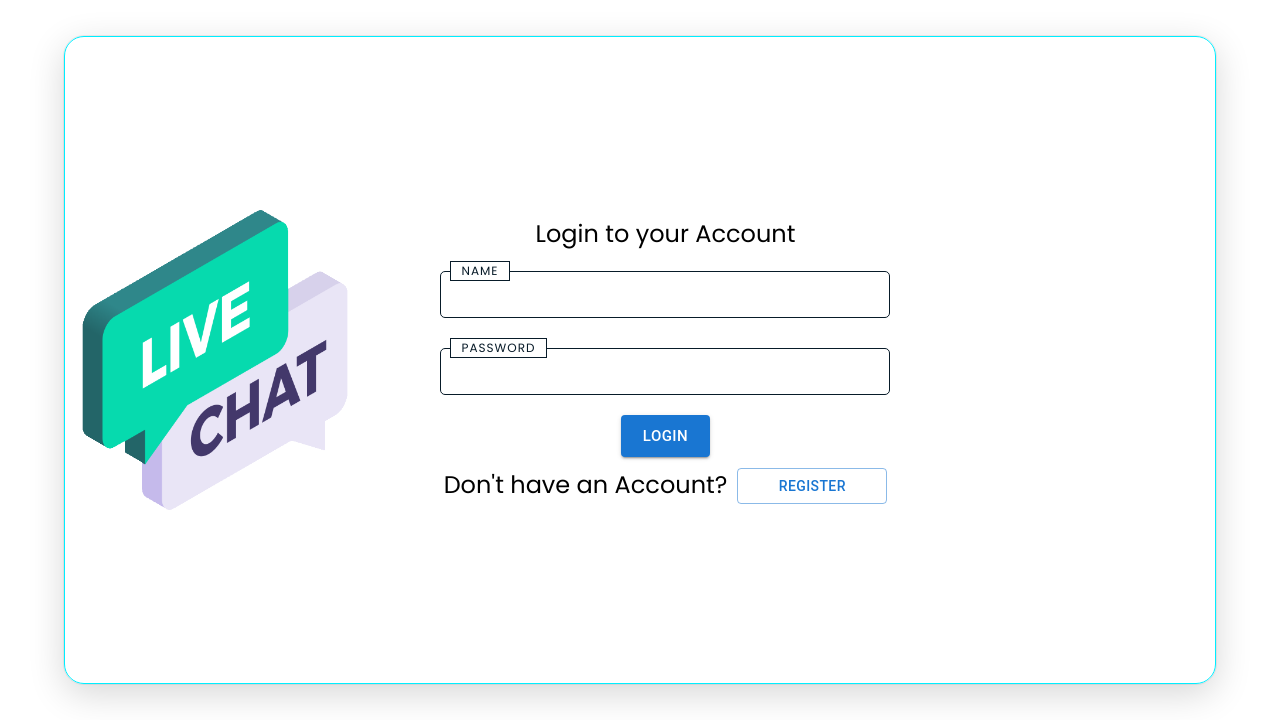
Repository: swastikjhacoder/mern-chat-frontend-only
Page: /
These files come from the project's save history. The page is drawn as it stood at one moment and after a run of saves; the edit follows.
The browser window is 1280 px wide. The pictures show the whole page.
The project was rebuilt for these pictures with package versions that can differ from the ones it lists, and the page was loaded fresh each time. Also part of the build but not shown: src/components/chat/ConversationList.jsx, src/components/chat/SideBar.jsx, src/components/MainContainer.jsx, src/components/chat/MessageOthers.jsx, src/components/chat/MessageSelf.jsx, src/components/chat/ChatContainer.jsx, src/components/chat/OnlineUsers.jsx, src/components/chat/OnlineUsersGroup.jsx and 4 more.

Above is the page before, as saved 2023-09-22 08:32:43.

### src/index.css
@import url('https://fonts.googleapis.com/css2?family=Poppins:ital,wght@0,100;0,200;0,300;0,400;0,500;0,600;0,700;0,800;0,900;1,400&display=swap');

:root {
  --border-color: #0ef;
  --body-color: #081b29;
  --container-default-color: #fff;
  --self-message-background-color: #63d7b0;
  --other-message-background-color: #e2e4e3;
  --box-shadow: rgba(0, 0, 0, 0.16) 0px 10px 36px 0px, rgba(0, 0, 0, 0.06) 0px 0px 0px 1px;

  --large-font-size: 32px;
  --heading-font-size: 24px;
  --medium-font-size: 18px;
  --normal-font-size: 16px;
  --small-font-size: 12px;
  --tiny-font-size: 10px;

  --bolder-font-weight: 600;
}

::-webkit-scrollbar {
  width: 6px !important;
  height: 6px !important;
}

::-webkit-scrollbar-track {
  background: hsla(0, 0%, 100%, -1);
}

::-webkit-scrollbar-thumb {
  background: rgba(0, 0, 0, 0.2);
}


* {
  margin: 0;
  padding: 0;
  box-sizing: border-box;
  font-family: 'Poppins', sans-serif;
}

body {
  display: flex;
  flex-direction: column;
  justify-content: center;
  align-items: center;
}

.app-container {
  display: flex;
  width: 100vw;
  height: 100vh;
  flex-direction: column;
  justify-content: center;
  align-items: center;
}

.container {
  display: flex;
  flex-direction: row;
  gap: 10px;
  width: 90vw;
  height: 90vh;
  border-radius: 20px;
  border: 1px solid var(--border-color);
  box-shadow: var(--box-shadow);
}

.left-sidebar-container {
  display: flex;
  flex-direction: column;
  flex: 0.3;
  padding: 10px;
}

.sb-header {
  display: flex;
  flex-direction: row;
  border-radius: 20px;
  justify-content: space-between;
  padding: 5px;
  box-shadow: var(--box-shadow);
}

.sb-header >div {
  width: max-content;
}

.icon {
  font-size: var(--large-font-size) !important;
  margin: 10px;
}

.sb-search {
  display: flex;
  flex-direction: row;
  width: 100%;
  padding: 10px;
  margin-top: 10px;
  border-radius: 20px;
  box-shadow: var(--box-shadow);
}

.input-box {
  position: relative;
  width: 450px;
  margin: 10px 0;
}

.input-box input {
  width: 100%;
  padding: 10px;
  background: transparent;
  border-radius: 5px;
  color: var(--body-color);
  outline: none;
  font-size: var(--title-text-size);
}

.input-box span {
  position: absolute;
  left: 0;
  padding: 0 10px;
  pointer-events: none;
  font-size: var(--small-font-size);
  text-transform: uppercase;
  letter-spacing: 1px;
  transform: translateX(10px) translateY(-10px);
}

.sb-conversations {
  background-color: var(--container-color);
  border-radius: 20px;
  padding: 10px 5px;
  margin-top: 10px;
  flex: 1;
  overflow-y: scroll;
  box-shadow: var(--box-shadow);
}

.conversation-container {
  display: grid;
  grid-template-columns: 32px auto auto;
  grid-template-rows: auto auto;
  column-gap: 10px;
  padding: 5px;
  gap: 5px;
  margin: 5px;
  border-radius: 20px;
  transition-duration: .5s;
}

.con-icon {
  grid-area: 1/1/3/2;
  display: flex;
  justify-content: center;
  align-items: center;
  font-size: var(--large-font-size);
  font-weight: var(--bolder-font-weight);
  height: 32px;
  width: 32px;
  padding: 2px;
  border-radius: 50%;
  justify-self: center;
  align-self: center;
}

.con-title {
  grid-area: 1/2/2/4;
  font-weight: var(--bolder-font-weight);
  font-size: var(--medium-font-size);
}

.con-lastMessage {
  font-size: var(--normal-font-size);
}

.con-timeStamp {
  justify-self: flex-end;
  font-size: var(--small-font-size);
}

.right-sidebar-container {
  flex: .7;
  display: flex;
  flex-direction: column;
  gap: 10px;
  padding: 10px 10px 10px 0;
}

.chat-header {
  display: flex;
  justify-content: space-between;
  column-gap: 10px;
  padding: 10px;
  border-radius: 20px;
  box-shadow: var(--box-shadow);
}

.chat-header-info {
  display: flex;
  flex-direction: row;
  justify-content: center;
  align-items: center;
  gap: 10px;
}

.chat-message {
  flex: 1;
  background-color: var(--container-color);
  border-radius: 20px;
  padding: 20px 40px;
  overflow-y: scroll;
  box-shadow: var(--box-shadow);
}

.chat-input {
  display: flex;
  flex-direction: row;
  justify-content: space-between;
  align-items: center;
  border-radius: 20px;
  padding: 10px;
  box-shadow: var(--box-shadow)
}

.self-message-container {
  display: flex;
  justify-content: flex-end;
}

.self-message {
  display: flex;
  flex-direction: column;
  background-color: var(--self-message-background-color);
  width: max-content;
  padding: 10px 10px;
  margin: 5px;
  border-radius: 20px;
}
.self-title {
  font-weight: var(--bolder-font-weight);
  font-size: var(--medium-font-size);
}

.self-message {
  font-size: var(--normal-font-size);
}

.self-timestamp {
  margin-left: auto;
  font-size: var(--small-font-size);
}

.other-message-container {
  display: flex;
  justify-content: flex-start;
  flex-direction: row;
  gap: 5px;
  width: max-content;
  padding: 10px 10px;
  margin: 5px;
  border-radius: 20px;
}

.other-icon {
  display: flex;
  justify-content: center;
  align-items: center;
  font-size: var(--large-font-size);
  font-weight: var(--bolder-font-weight);
  height: 32px;
  width: 32px;
  padding: 2px;
  border-radius: 50%;
  justify-self: center;
  align-self: center;
}

.other-text-content {
  display: flex;
  flex-direction: column;
  background-color: var(--other-message-background-color);
  padding: 10px 10px;
  border-radius: 20px;
}

.other-title {
  font-weight: var(--bolder-font-weight);
  font-size: var(--medium-font-size);
}

.other-message {
  font-size: var(--normal-font-size);
}

.other-timestamp {
  margin-left: auto;
  font-size: var(--small-font-size);
}

.online-users-header {
  border-radius: 20px;
  display: flex;
  gap: 10px;
  padding: 5px;
  font-size: var(--medium-font-size);
  box-shadow: var(--box-shadow);
  align-items: center;
}

.online-users-search {
  display: flex;
  flex-direction: row;
  width: 100%;
  padding: 10px;
  border-radius: 20px;
  box-shadow: var(--box-shadow);
}

.online-users-list {
  border-radius: 20px;
  flex: 1;
  padding: 10px;
  overflow-y: scroll;
}

.online-user {
  display: flex;
  flex: 1;
  gap: 5px;
  border-radius: 20px;
  padding: 20px 40px;
  overflow-y: scroll;
  margin-bottom: 10px;
  align-items: center;
  cursor: pointer;
  transition-duration: .5s;
}

.ou-icon {
  display: flex;
  justify-content: center;
  align-items: center;
  font-size: var(--large-font-size);
  font-weight: var(--bolder-font-weight);
  height: 32px;
  width: 32px;
  padding: 2px;
  border-radius: 50%;
  justify-self: center;
  align-self: center;
}

.ou-title {
  font-size: var(--normal-font-size);
}

.groups-header {
  border-radius: 20px;
  display: flex;
  gap: 10px;
  padding: 5px;
  font-size: var(--medium-font-size);
  box-shadow: var(--box-shadow);
  align-items: center;
}

.group-search {
  display: flex;
  flex-direction: row;
  width: 100%;
  padding: 10px;
  border-radius: 20px;
  box-shadow: var(--box-shadow);
}

.group-list {
  border-radius: 20px;
  flex: 1;
  padding: 10px;
  overflow-y: scroll;
}

.group {
  display: flex;
  flex: 1;
  gap: 5px;
  border-radius: 20px;
  padding: 20px 40px;
  overflow-y: scroll;
  margin-bottom: 10px;
  cursor: pointer;
  transition-duration: .5s;
}

.g-title {
  font-size: var(--normal-font-size);
}

.create-group-header {
  border-radius: 20px;
  display: flex;
  gap: 10px;
  padding: 5px;
  font-size: var(--medium-font-size);
  box-shadow: var(--box-shadow);
  align-items: center;
}

.create-group-input {
  border-radius: 20px;
  padding: 10px 5px;
  display: flex;
  align-items: center;
  box-shadow: var(--box-shadow);
}

.welcome-container {
  display: flex;
  flex-direction: column;
  align-items: center;
  margin: auto auto;
  width: 100%;
  height: 100%;
  padding: 30px 30px;
  border-radius: 20px;
  box-shadow: var(--box-shadow);
}

.banner {
  margin: auto auto;
}

.banner img {
  height: 300px;
  width: 300px;
  margin-bottom: 30px;
}

.banner p {
  font-size: var(--medium-font-size);
  padding: 10px;
}

.login-container {
  display: flex;
  flex-direction: column;
  justify-content: center;
  align-items: center;
  gap: 10px;
  margin: auto auto;
  padding: 20px;
}

.login-container p {
  font-size: var(--heading-font-size);
}

.login {
  display: flex;
  flex-direction: column;
  gap: 10px;
}

.signUp-container {
  display: flex;
  flex-direction: column;
  justify-content: center;
  align-items: center;
  margin: auto auto;
  padding: 20px;
}

.signUp {
  display: flex;
  flex-direction: column;
  gap: 10px;
}

.signUp p {
  font-size: var(--heading-font-size);
}

.image-box {
  display: flex;
  justify-content: center;
  align-items: center;
  padding: ;
}

.image-box img {
  height: 300px;
}

.welcome-container {
  display: flex;
  flex-direction: column;
  justify-content: center;
  align-items: center;
  gap: 30px;
}

.welcome-container img {
  height: 300px;
}

.welcome-container p {
  font-size: var(--medium-font-size);
}

### src/App.js
// import { Button } from "@mui/material";
// import React from "react";
// import { useSelector, useDispatch } from "react-redux";
// import { toggleDarkMode, addUser, removeUser } from './redux/liveChatSlice';

// function App() {
//   const dispatch = useDispatch();
//   const mode = useSelector((state) => state.liveChat.mode);
//   const userInfo = useSelector((state) => state.liveChat.userInfo);
//   const background = useSelector( ( state ) => state.liveChat.background );
//   console.log(mode);
//   console.log(userInfo);
//   console.log(background);
//   return (
//     <>
//       <Button onClick={() => dispatch(toggleDarkMode())}>Click Me</Button>
//     </>
//   );
// }

// export default App;

import React from "react";
import { useSelector } from "react-redux";
import "./index.css";
import { BrowserRouter, Routes, Route } from "react-router-dom";
import MainContainer from "./components/MainContainer";
import ChatContainer from "./components/chat/ChatContainer";
import OnlineUsersGroup from "./components/chat/OnlineUsersGroup";
import GroupList from "./components/chat/GroupList";
import CreateGroup from "./components/chat/CreateGroup";
import ChatWelcome from "./components/chat/ChatWelcome";
import LoginSignUp from "./components/Login_SignUp";

const App = () => {
  const background = useSelector((state) => state.liveChat.background);
  return (
    <>
      <div style={{ backgroundColor: background }} className="app-container">
        <BrowserRouter>
          <Routes>
            <Route path="/" element={<LoginSignUp />}/>
            <Route path="app" element={<MainContainer />}>
              <Route path="welcome" element={<ChatWelcome />} />
              <Route path="chat" element={<ChatContainer />} />
              <Route path="users" element={<OnlineUsersGroup />} />
              <Route path="create-groups" element={<CreateGroup />} />
              <Route path="groups" element={<GroupList />} />
            </Route>
          </Routes>
        </BrowserRouter>
      </div>
    </>
  );
};

export default App;

### src/redux/store.js
import { configureStore } from '@reduxjs/toolkit';
import liveChatReducer from './liveChatSlice';

export const store = configureStore({
  reducer: {
    liveChat: liveChatReducer,
  },
});

### src/components/Login_SignUp.jsx
import React, { useState } from "react";
import logo from "../Icons/icon_x512.png";
import { useSelector } from "react-redux";
import { Button } from "@mui/material";

const Login = ({ toggleForm }) => {
  const { background, color } = useSelector((state) => state.liveChat);
  return (
    <>
      <div className="login-container">
        <p>Login to your Account</p>
        <div className="input-box">
          <input
            type="name"
            name="name"
            required="required"
            style={{ border: `1px solid ${color}`, color: color }}
          />
          <span
            style={{
              color: color,
              border: `1px solid ${color}`,
              background: background,
            }}
          >
            Name
          </span>
        </div>
        <div className="input-box">
          <input
            type="password"
            name="password"
            required="required"
            style={{ border: `1px solid ${color}`, color: color }}
          />
          <span
            style={{
              color: color,
              border: `1px solid ${color}`,
              background: background,
            }}
          >
            Password
          </span>
        </div>
        <Button variant="contained" size="large">
          Login
        </Button>
        <p className="create-account">
          Don't have an Account?
          <Button
            variant="outlined"
            size="medium"
            onClick={() => toggleForm()}
            style={{ width: "150px", marginLeft:'10px' }}
          >
            Register
          </Button>
        </p>
      </div>
    </>
  );
};

const SignUp = ({ toggleForm }) => {
  const { background, color } = useSelector((state) => state.liveChat);
  return (
    <>
      <div className="login-container">
        <p>Register your Account</p>
        <div className="input-box">
          <input type="text" name="name" required="required" />
          <span>Name</span>
        </div>
        <div className="input-box">
          <input type="email" name="email" required="required" />
          <span>Email</span>
        </div>
        <div className="input-box">
          <input type="text" name="mobile" required="required" />
          <span>Mobile</span>
        </div>
        <div className="input-box">
          <input type="password" name="password" required="required" />
          <span>Password</span>
        </div>
        <div className="input-box">
          <input type="file" name="file" />
          <span>Profile Picture</span>
        </div>
        <p className="create-account">
          Already have an Account?
          <button onClick={() => toggleForm()}>Login</button>
        </p>
      </div>
    </>
  );
};

const Login_SignUp = () => {
  const [loginLoaded, setLoginLoaded] = useState(true);
  const toggleForm = () => {
    setLoginLoaded(!loginLoaded);
  };
  return (
    <div className="container">
      <div className="image-box">
        <img src={logo} alt="logo" />
      </div>
      <div className="right-sidebar-container">
        {loginLoaded === false ? (
          <SignUp toggleForm={toggleForm} />
        ) : (
          <Login toggleForm={toggleForm} />
        )}
      </div>
    </div>
  );
};

export default Login_SignUp;

### src/redux/liveChatSlice.js
import { createSlice } from "@reduxjs/toolkit";

const initialState = {
  mode: JSON.parse(localStorage.getItem("darkMode")) || false,
  userInfo: JSON.parse(localStorage.getItem("chatUserInfo")) || null,
  background: JSON.parse(localStorage.getItem("backgroundColor")) || "#fff",
  color: JSON.parse(localStorage.getItem("color")) || "#081b29",
};

export const liveChatSlice = createSlice({
  name: "liveChat",
  initialState,
  reducers: {
    toggleDarkMode: (state) => {
      state.mode = !state.mode;
      if (!state.mode) {
        state.background = "#fff";
        state.color = "#081b29";
      } else {
        state.background = "#081b29";
        state.color = "#fff";
      }
      localStorage.setItem("darkMode", JSON.stringify(state.mode));
      localStorage.setItem("backgroundColor", JSON.stringify(state.background));
      localStorage.setItem("color", JSON.stringify(state.color));
    },
    addUser: (state, action) => {
      state.userInfo = action.payload;
      localStorage.setItem("chatUserInfo", JSON.stringify(state.userInfo));
    },
    removeUser: (state) => {
      state.userInfo = null;
      localStorage.setItem("chatUserInfo", JSON.stringify(state.userInfo));
    },
  },
});

export const { toggleDarkMode, addUser, removeUser } =
  liveChatSlice.actions;
export default liveChatSlice.reducer;

Loaded but not shown: src/index.js (common file)

After the next 3 saves:
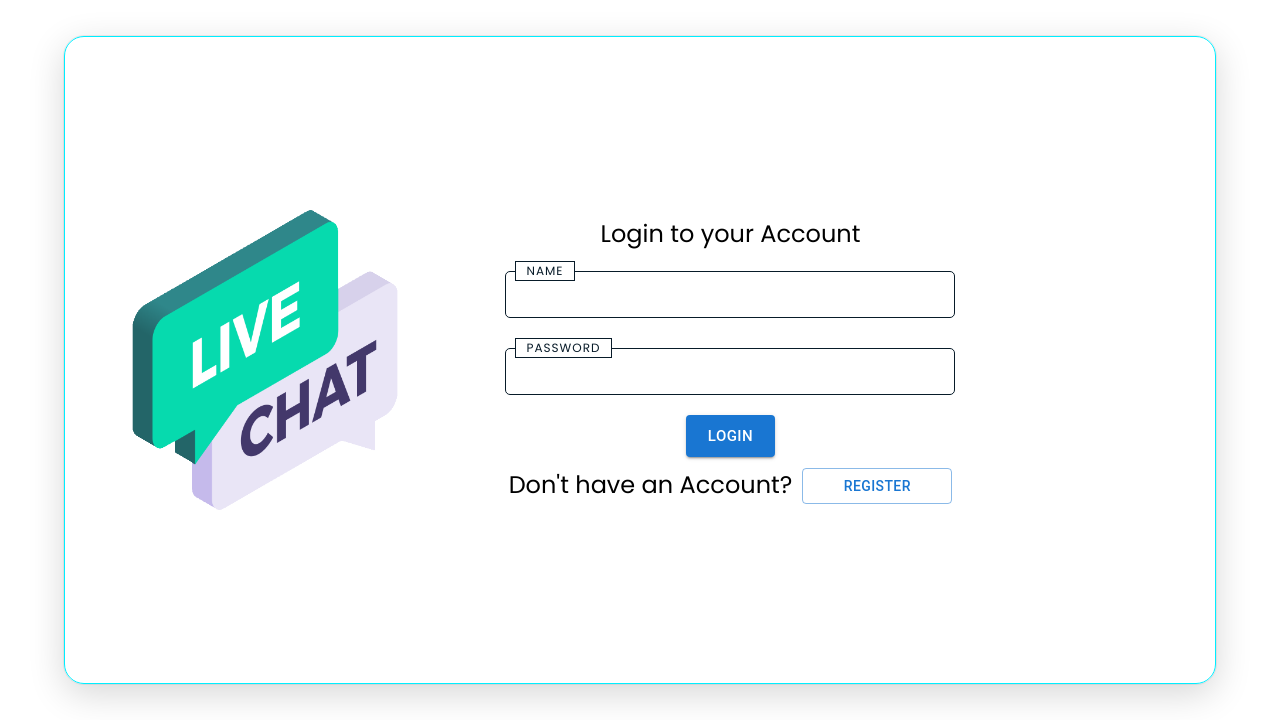
The 3 saves are shown as one change because they came seconds apart.
The last was saved 9 s later.
--- a/src/index.css
+++ b/src/index.css
@@ -486,7 +486,7 @@ body {
   display: flex;
   justify-content: center;
   align-items: center;
-  padding: ;
+  padding: 0 50px;
 }
 
 .image-box img {
